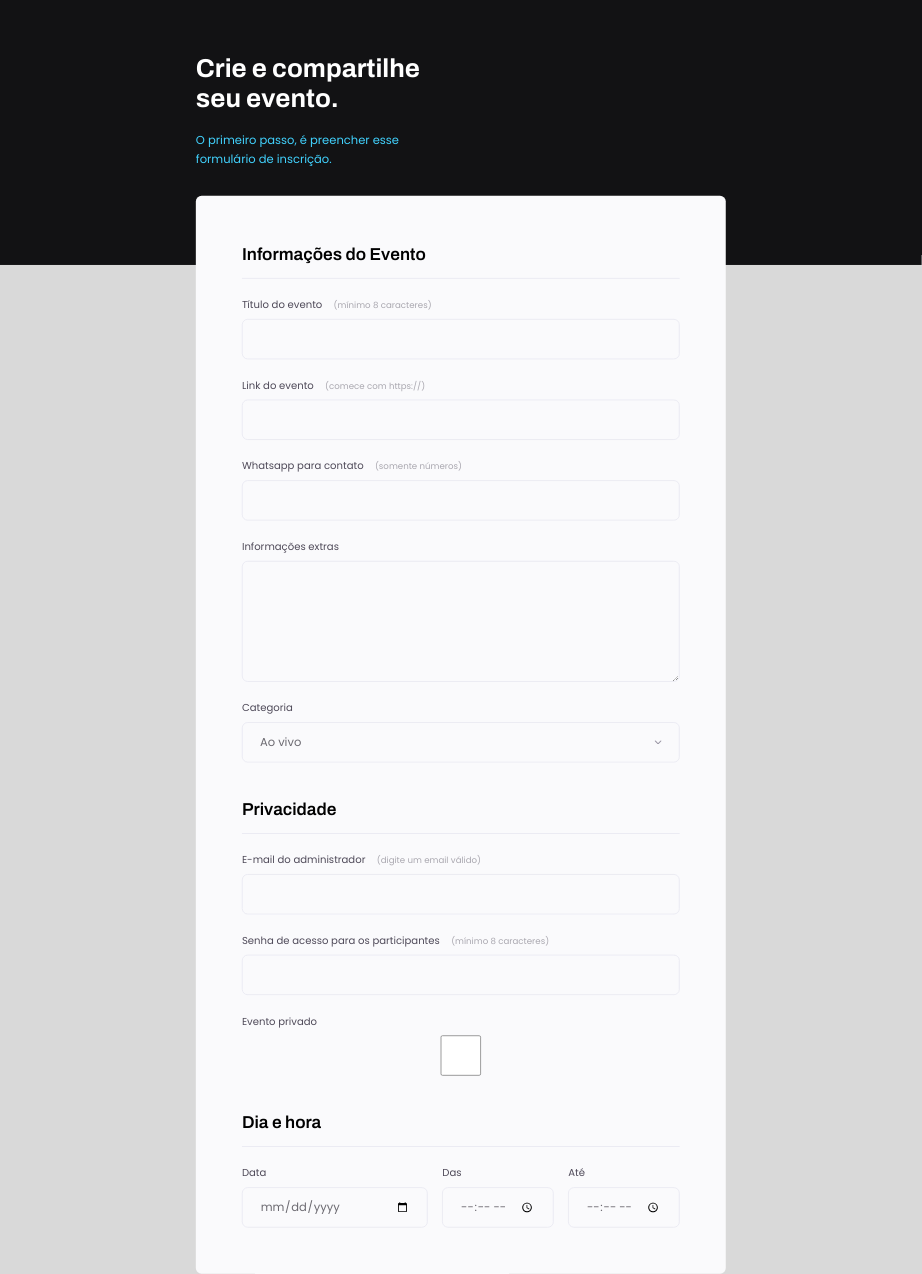
Repository: devMuriloOliveira/Formulario
Page: index.html
An editor plug-in stored every save of this project. The page is shown before and after the next save, followed by the edit.
The browser window is 1280 px wide. The pictures show the whole page, at 72% of full size.

Above is the page before, as saved 2023-11-03 18:44:45.

### index.html
<!DOCTYPE html>
<html lang="en">
  <head>
    <link rel="preconnect" href="https://fonts.googleapis.com" />
    <link rel="preconnect" href="https://fonts.gstatic.com" crossorigin />
    <meta charset="UTF-8" />
    <meta name="viewport" content="width=device-width, initial-scale=1.0" />
    <title>Crie seu evento</title>
    <link rel="stylesheet" href="style.css" />

    <link
      href="https://fonts.googleapis.com/css2?family=Archivo:wght@600;700&family=Poppins&display=swap"
      rel="stylesheet"
    />
  </head>
  <body>
    <div class="page">
      <header>
        <h1>Crie e compartilhe seu evento.</h1>
        <p>O primeiro passo, é preencher esse formulário de inscrição.</p>
      </header>

      <form>
        <fieldset>
          <div class="fieldset-wrapper">
            <legend>Informações do Evento</legend>

            <div class="input-wrapper">
              <label for="event-title">
                Título do evento <span>(mínimo 8 caracteres)</span>
              </label>
              <input type="text" id="event-title" />
            </div>

            <div class="input-wrapper">
              <label for="event-link">
                Link do evento <span>(comece com https://)</span>
              </label>
              <input type="url" id="event-link" />
            </div>

            <div class="input-wrapper">
              <label for="event-whatsapp">
                Whatsapp para contato <span>(somente números)</span>
              </label>
              <input type="number" id="event-whatsapp" />
            </div>

            <div class="input-wrapper">
              <label for="event-info">Informações extras</label>
              <textarea id="event-info"></textarea>
            </div>

            <div class="input-wrapper">
              <label for="event-category"> Categoria </label>
              <select id="event-category">
                <option value="live">Ao vivo</option>
                <option value="podcast">Podcast</option>
                <option value="mentorship">Mentoria</option>
              </select>
            </div>
          </div>
        </fieldset>

        <fieldset>
          <div class="fieldset-wrapper">
            <legend>Privacidade</legend>

            <div class="input-wrapper">
              <label for="event-email">
                E-mail do administrador <span>(digite um email válido)</span>
              </label>
              <input type="email" id="event-email" />
            </div>

            <div class="input-wrapper">
              <label for="event-password">
                Senha de acesso para os participantes
                <span>(mínimo 8 caracteres)</span>
              </label>
              <input type="password" id="event-password" />
            </div>

            <div class="input-wrapper">
              <label for="event-private">Evento privado</label>
              <input type="checkbox" id="event-private" />
            </div>
          </div>
        </fieldset>

        <fieldset>
          <div class="fieldset-wrapper">
            <legend>Dia e hora</legend>

            <div class="col-3">
              <div class="input-wrapper">
                <label for="event-date"> Data </label>
                <input type="date" id="event-date" />
              </div>

              <div class="input-wrapper">
                <label for="event-begin"> Das </label>
                <input type="time" id="event-begin" />
              </div>

              <div class="input-wrapper">
                <label for="event-end"> Até </label>
                <input type="time" id="event-end" />
              </div>
            </div>
          </div>
        </fieldset>
      </form>
    </div>
  </body>
</html>

### style.css
*{
  padding: 0;
  margin: 0;
  box-sizing: border-box;
}

body, input, button, select, textarea{
  font-family: 'Poppins', sans-serif;
}

body{
  background-color: #D9D9D9;
}

body::before{
  content: '';
  width: 100%;
  height: 368px;

  position: absolute;
  top: 0;
  left: 0;
  z-index: -1;
  background: #121214;
}

.page{
  width: 736px;
  margin: auto;
}

header{
  width: 319px;
  margin-top: 74px;

}

header h1{
  font-family: 'Archivo', sans-serif;
  font-weight: bold;

  font-size: 36px;
  line-height: 42px;
  color: white;

  margin-bottom: 24px;
}

header p{
  color: #42D3FF;
  font-size: 16px;
  line-height: 26px;
}

form{
  margin-top: 38px;
  background: #FAFAFC;

  border-radius: 8px;
  min-height: 300px;

  padding: 64px;

  display: flex;
  flex-direction: column;
  gap: 48px;
}

fieldset{
  border: none;
}

.fieldset-wrapper{
  display: flex;
  flex-direction: column;
  gap: 24px;
}


fieldset legend{
  font-family: 'Archivo';
  font-weight: 600;
  font-size: 24px;
  line-height: 34px;

  width: 100%;
  border-bottom: 1px solid #E6E6F0;

  padding-bottom: 16px;
}

.input-wrapper{
  display: flex;
  flex-direction: column;
}

.input-wrapper label{
  font-size: 14px;
  line-height: 24px;

  color: #4E4958;
  margin-bottom: 8px;
}

.input-wrapper label span{
  margin-left: 12px;

  line-height: 20px;
  font-size: 12px;
  color: #a9a7af;
}

.input-wrapper label span:hover{
  color: #6c6a71;
}

 .input-wrapper input,
 .input-wrapper textarea,
 .input-wrapper select{
  background: #FAFAFC;

  border: 1px solid #E6E6F0;
  border-radius: 8px;
  height: 56px;

  padding: 0 24px;
  font-size: 16px;

  line-height: 26px;

  color: #6C6A71;
}

.input-wrapper textarea{
 padding: 0;
 height: 168px;


}

.input-wrapper select{
  appearance: none;
  background-image: url("data:[embedded picture, 242 characters]");
  background-repeat: no-repeat;
  background-position: right 24px top 50%;
}

.col-3{
  display: flex;
  gap: 20px;
}

.col-3 > div:nth-child(1){
  width: 100%;
}

After the next save:
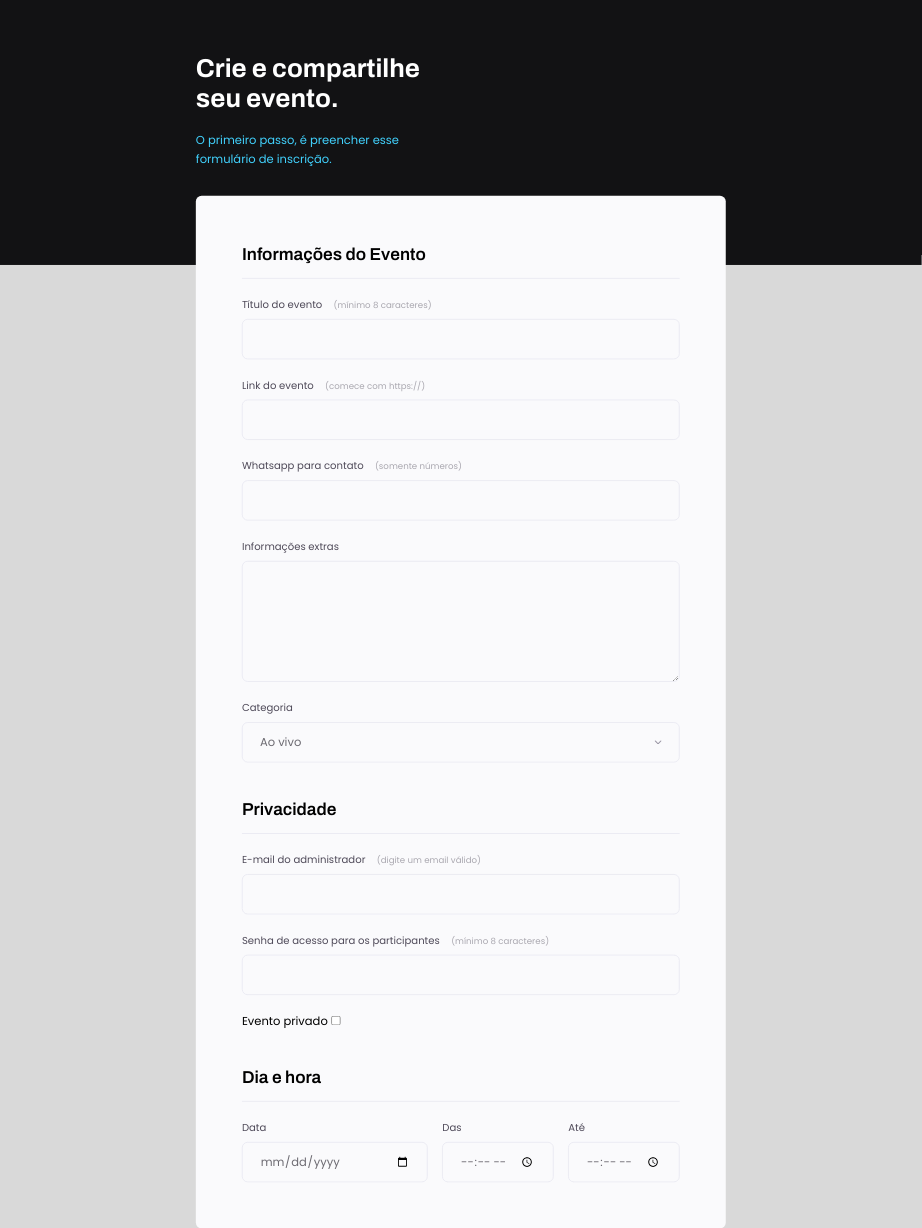
Saved 69 s later.
--- a/index.html
+++ b/index.html
@@ -81,7 +81,7 @@
               <input type="password" id="event-password" />
             </div>
 
-            <div class="input-wrapper">
+            <div class="checkbox-wrapper">
               <label for="event-private">Evento privado</label>
               <input type="checkbox" id="event-private" />
             </div>
